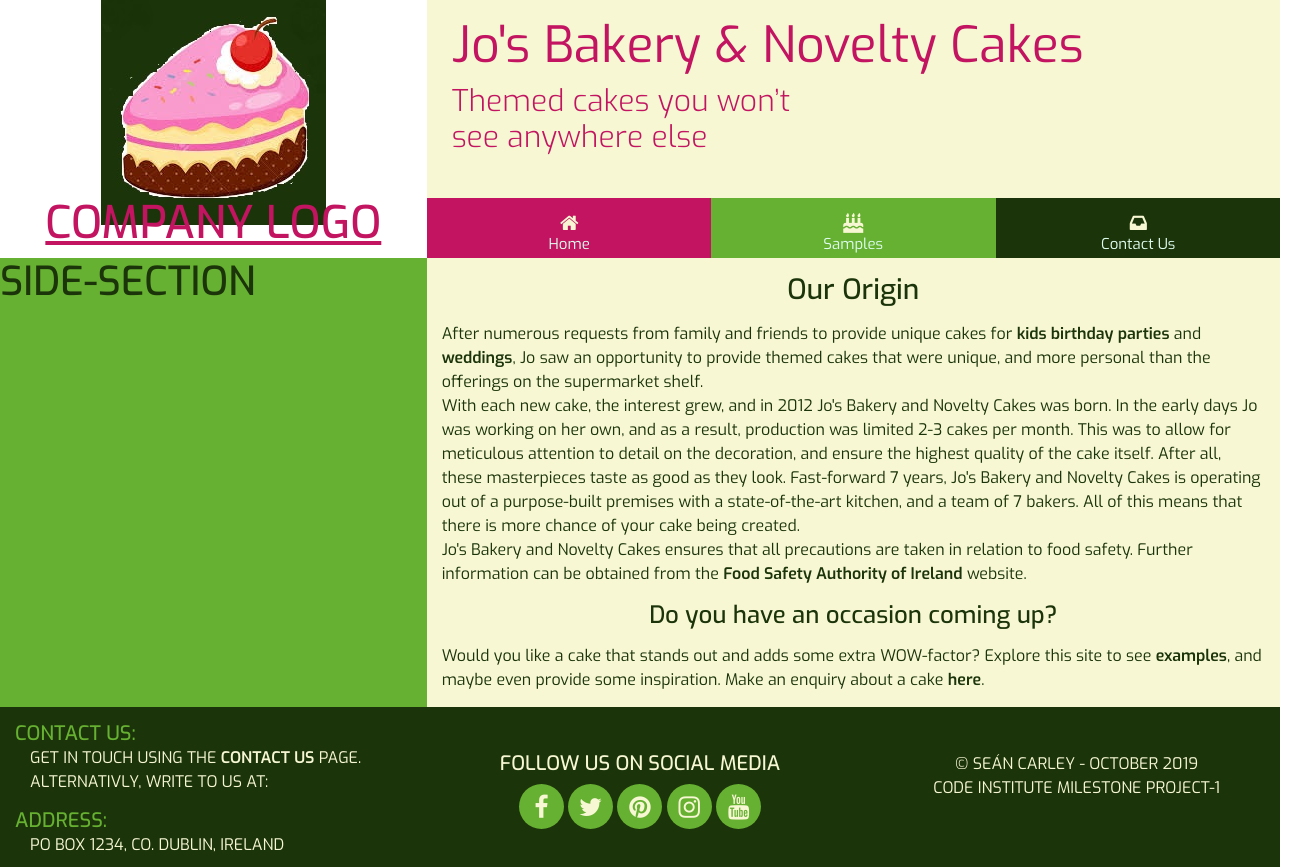
Repository: seanjcarley/Milestone1
Page: index.html
The author's editor kept a record of every edit. The page is drawn from the files as they stood at one moment, then again after the next edit.
The browser window is 1280 px wide. The page is 1295 px wide, so the pictures cover 1295 px, including what lies to the right of the window. The pictures show the whole page.

Above is the page before.

### index.html
<!DOCTYPE html>
<html lang="en">

<head>
    <meta charset="UTF-8">
    <meta name="viewport" content="width=device-width, initial-scale=1.0">
    <meta http-equiv="X-UA-Compatible" content="ie=edge">
    <link rel="stylesheet" href="https://stackpath.bootstrapcdn.com/bootstrap/4.3.1/css/bootstrap.min.css" type="text/css" />
    <link rel="stylesheet" href="https://stackpath.bootstrapcdn.com/font-awesome/4.7.0/css/font-awesome.min.css" type="text/css">
    <link rel="stylesheet" href="https://cdnjs.cloudflare.com/ajax/libs/hover.css/2.3.1/css/hover-min.css" type="text/css">
    <link rel="stylesheet" href="css/style.css">
    <title>Jo's Bakery and Novelty Cakes</title>
</head>

<body>
    <header>
        <div class="row no-gutters">
            <a href="#" class="col-md-4 logo">COMPANY LOGO</a>
            <div class="col-md-8 cake-image">
                <div class="row no-gutters">
                    <div class="col page-header">
                        <h1 class="name caps">Jo's Bakery & Novelty Cakes</h1>
                        <h2 class="tag-line caps">Themed cakes you won’t<br/>see anywhere else</h2>
                    </div>
                </div>
                <div class="row no-gutters">
                    <div class="col">
                        <ul id="nav" class="list-inline menucontainer">
                            <li class="col col-sm-4 menu-item-color-home list-inline-item menuitem">
                                <a class="hvr-sweep-to-right" href="index.html"><i class="fa fa-home" aria-hidden="true"></i><span>Home</span></a>
                            </li>
                            <li class="col col-sm-4 menu-item-color-samples list-inline-item menuitem">
                                <a class="hvr-sweep-to-right" href="showcase.html"><i class="fa fa-birthday-cake" aria-hidden="true"></i><span>Samples</span></a>
                            </li>
                            <li class="col col-sm-4 menu-item-color-contact list-inline-item menuitem">
                                <a class="hvr-sweep-to-right" href="contact.html"><i class="fa fa-inbox" aria-hidden="true"></i><span>Contact Us</span></a>
                            </li>
                        </ul>
                    </div>
                </div>
            </div>
        </div>
    </header>
    <section class="section-color">
        <div class="row no-gutters">
            <div class="col-md-4 side-section desktop">
                <h1>SIDE-SECTION</h1>
            </div>
            <div class="col-md-8 main-section">
                <!--<h1>MAIN-SECTION</h1>-->
                <h3 class="origin">Our Origin</h3>
                <p class="section-txt">
                    After numerous requests from family and friends to provide unique cakes for <a href="#"><span class="bold">kids
                    birthday parties</span></a> and <a href="#"><span class="bold">weddings</span></a>, Jo saw an opportunity to provide themed cakes that were unique, and more personal than the offerings on the supermarket shelf.
                    <br/> With each new cake, the interest grew, and in 2012 Jo's Bakery and Novelty Cakes was born. In the early days Jo was working on her own, and as a result, production was limited 2-3 cakes per month. This was to allow for meticulous
                    attention to detail on the decoration, and ensure the highest quality of the cake itself. After all, these masterpieces taste as good as they look. Fast-forward 7 years, Jo's Bakery and Novelty Cakes is operating out of a purpose-built
                    premises with a state-of-the-art kitchen, and a team of 7 bakers. All of this means that there is more chance of your cake being created.
                    <br/> Jo's Bakery and Novelty Cakes ensures that all precautions are taken in relation to food safety. Further information can be obtained from the
                    <a href="https://www.fsai.ie/" target="_blank"><span class="bold">Food Safety Authority of Ireland</span></a> website.
                </p>
                <h4 class="question">Do you have an occasion coming up?</h4>
                <p class="section-txt">
                    Would you like a cake that stands out and adds some extra WOW-factor? Explore this site to see <a href="#"><span class="bold">examples</span></a>, and maybe even provide some inspiration. Make an enquiry about a cake <a href="contact.html"><span class="bold">here</span></a>.
                </p>
            </div>
            <!--<div class="col-md-3 side-section desktop">
                <h1>SIDE-SECTION</h1>
            </div>-->
        </div>
    </section>
    <footer class="footer-color">
        <div class="row">
            <div class="col-md-4">
                <!--<h1>FOOTER1</h1>-->
                <h5 class="footer-h5 uppercase">Contact us: </h5>
                <p class="footer-text uppercase">Get in touch using the <a href="contact.html"><span class="bold">Contact us</span></a> page. Alternativly, write to us at:</p>
                <h5 class="footer-h5 uppercase">Address: </h5>
                <p class="footer-address uppercase">
                    PO Box 1234,
                    <!--<br/>-->
                    Co. Dublin,
                    <!--<br/>-->
                    Ireland
                </p>
            </div>
            <div class="col-md-4 social">
                <!--<h1>FOOTER2</h1>-->
                <h5 class="uppercase">Follow us on Social Media</h5>
                <ul class="list-inline social-icons">
                    <li class="list-inline-item socialitem">
                        <a target="_blank" href="#">
                            <i class="fa fa-facebook" aria-hidden="true"></i>
                            <span class="sr-only">Facebook</span> <!-- This will be read by a screen reader. It does not show on the page -->
                        </a>
                    </li>
                    <li class="list-inline-item socialitem">
                        <a target="_blank" href="#">
                            <i class="fa fa-twitter" aria-hidden="true"></i>
                            <span class="sr-only">Twitter</span> <!-- This will be read by a screen reader. It does not show on the page -->
                        </a>
                    </li>
                    <!--<li class="list-inline-item socialitem">
                        <a target="_blank" href="#">
                            <i class="fa fa-linkedin" aria-hidden="true"></i>
                            <span class="sr-only">LinkedIn</span>
                        </a>
                    </li>-->
                    <li class="list-inline-item socialitem">
                        <a target="_blank" href="#">
                            <i class="fa fa-pinterest" aria-hidden="true"></i>
                            <span class="sr-only">Pinterest</span> <!-- This will be read by a screen reader. It does not show on the page -->
                        </a>
                    </li>
                    <li class="list-inline-item socialitem">
                        <a target="_blank" href="#">
                            <i class="fa fa-instagram" aria-hidden="true"></i>
                            <span class="sr-only">Instagram</span> <!-- This will be read by a screen reader. It does not show on the page -->
                        </a>
                    </li>
                    <li class="list-inline-item socialitem">
                        <a target="_blank" href="#">
                            <i class="fa fa-youtube" aria-hidden="true"></i>
                            <span class="sr-only">YouTube</span> <!-- This will be read by a screen reader. It does not show on the page -->
                        </a>
                    </li>
                </ul>
            </div>
            <div class="col-md-4 copyrite uppercase">
                <!--<h1>FOOTER3</h1>-->
                &copy; Seán Carley - October 2019
                <br/> Code Institute Milestone Project-1
            </div>
        </div>
    </footer>
</body>

</html>

### css/style.css
@import url('https://fonts.googleapis.com/css?family=Roboto:100,200,300,400,500,600,700|Exo:100,200,300,400,500,600,700');

/*----------------------------------------------------------------------------*/
/* Colours */
/*----------------------------------------------------------------------------*/

.menu-item-color-home {
    background-color: #C21460;
    color: #F7F7D4;
}

.menu-item-color-samples {
    background-color: #66B032;
    color: #F7F7D4;
}

.menu-item-color-contact {
    background-color: #1B3409;
    color: #F7F7D4;
}

.section-color {
    background-color: #F7F7D4;
    color: #1B3409;
}

.side-section {
    background-color: #66B032;
}

.footer-color {
    background-color: #1B3409;
    color: #F7F7D4;
}

/*----------------------------------------------------------------------------*/
/* Body */
/*----------------------------------------------------------------------------*/

body {
    margin: 0;
    font-family: "Exo", sans-serif;
}

/*----------------------------------------------------------------------------*/
/* Header */
/*----------------------------------------------------------------------------*/

header {
    margin: 20;
    background-color: #F7F7D4;
}

/*.cake-image {
    background: url("../images/980x1123Slider_0004_Slider_2_Left.jpg");
    background-size: cover;
}*/

.page-header {
    margin-top: 15px;
    margin-bottom: 35px;
}

.name {
    font-weight: 400;
    font-size: 50px;
    margin-left: 25px;
    color: #C21460;
}

.tag-line {
    font-weight: 300;
    font-size: 30px;
    margin-left: 25px;
    color: #C21460;
    /*color: #66B032;*/
}

.logo {
    background: url("../images/slice.jpg");
    background-position: top;
    background-repeat: no-repeat;
    /*background-size: 75%;*/
    /*background-color: #1B3409;*/
    background-color: #fff;
    text-align: center;
    padding-top: 190px;
    min-height: 240px;
    text-decoration: none;
    font-size: 45px;
    font-weight: 500;
    color: #C21460;
}

.logo:hover {
    color: #C21460;
}

.list-inline-item:not(:last-child) {
    margin-right: 0;
}

.menucontainer {
    font-size: 0;
}

#nav li {
    font-size: 14px;
    padding: 0;
}

#nav {
    margin: 0;
}

.menuitem {
    height: 60px;
    text-align: center;
    padding: 0;
}

.menuitem a {
    width: 100%;
    text-decoration: none;
    color: #defdef;
    height: 100%;
}

.menuitem a i {
    padding-top: 15px;
    display: block;
    color: #F7F7D4;
    font-size: 20px;
}

.menuitem span {
    display: block;
    font-size: 15px;
}

.hvr-sweep-to-bottom:before,
.hvr-sweep-to-top:before,
.hvr-sweep-to-right:before {
    background: rgba(0, 0, 0, 0.2);
    height: 60px;
}

/*----------------------------------------------------------------------------*/
/* Index Section */
/*----------------------------------------------------------------------------*/

section {
    margin: 0;
}

.main-section {
    padding-left: 15px;
}

.origin {
    text-align: center;
    padding-top: 15px;
}

.section-txt {
    margin: 15px;
}

.section-txt a {
    text-decoration: none;
    color: #1B3409;
}

.section-txt a:hover {
    color: #C21460;
}

.question {
    text-align: center;
}

/*----------------------------------------------------------------------------*/
/* Contact Section */
/*----------------------------------------------------------------------------*/

.form-heading {
    font-weight: 500;
    margin-top: 25px;
    /*margin-bottom: ;*/
    text-align: center;
}

.center-form {
    padding-top: 10px;
    margin: 0 auto;
    max-width: 60%;
    text-align: center;
}

button[type="submit"] {
    margin-top: 15px;
    margin-bottom: 20px;
    color: #F7F7D4;
    background-color: #1B3409;
}

button[type="submit"]:hover {
    color: #66B032;
    background-color: #C21460;
    font-weight: 300;
    transition: all 0.35s ease-in-out;
    -moz-transition: all 0.35s ease-in-out;
    -webkit-transition: all 0.35s ease-in-out;
    -o-transition: all 0.35s ease-in-out;
}

#name-field {
    background-color: #66B032;
    color: #F7F7D4;
}

#email-field {
    background-color: #66B032;
    color: #F7F7D4;
}

/* Trying to overe ride the color of the placeholder text on the form
#email-field:after {
    background-color: #66B032;
    color: #66B032;
}*/

#phone-field {
    background-color: #66B032;
    color: #F7F7D4;
}

#desc-field {
    background-color: #66B032;
    color: #F7F7D4;
}

#budget-field {
    background-color: #66B032;
    color: #F7F7D4;
}

/*----------------------------------------------------------------------------*/
/* Footer */
/*----------------------------------------------------------------------------*/

footer {
    margin: 0;
}

.footer-text {
    margin: 0;
    padding-left: 30px;
    padding-top: 0;
}

.footer-text a {
    text-decoration: none;
    color: #F7F7D4;
}

.footer-text a:hover {
    color: #66B032;
}

.footer-h5 {
    color: #66B032;
    margin: 0;
    padding-left: 15px;
    padding-top: 15px;
}

.footer-address {
    margin: 0;
    padding-left: 30px;
    padding-top: 0;
    padding-bottom: 10px;
}

.copyrite {
    text-align: center;
    margin-top: 45px;
    font-size: 100;
}

.social {
    text-align: center;
    margin-top: 45px;
}

/*.social-icons li a {

}*/

.social-icons li a i {
    width: 45px;
    height: 45px;
    padding: 6px 0;
    /*margin-top: 5px;*/
    border-radius: 50%;
    font-size: 25px;
    background-color: #66B032;
    color: #F7F7D4;
    text-align: center;
    line-height: 35px;
    transition: all 0.35s ease-in-out;
    -moz-transition: all 0.35s ease-in-out;
    -webkit-transition: all 0.35s ease-in-out;
    -o-transition: all 0.35s ease-in-out;
}

.social-icons li a i:hover {
    background-color: #C21460;
    color: #66B032;
}

.socialitem span {
    display: block;
    width: 100%;
    font-size: 35px;
}

.bold {
    font-weight: 600;
}

.uppercase {
    text-transform: uppercase;
}

/*----------------------------------------------------------------------------*/
/* Media Queries */
/*----------------------------------------------------------------------------*/

@media (max-width:767px) {
    body {
        min-width: 100%;
        font-family: "Roboto", sans-serif;
    }

    .logo {
        display: none;
    }

    .page-header {
        margin-top: 15px;
        margin-bottom: 10px;
        color: #F7F7D4;
    }

    .desktop {
        display: none;
    }

    .center-form {
        max-width: 85%;
    }
}

After the next edit:
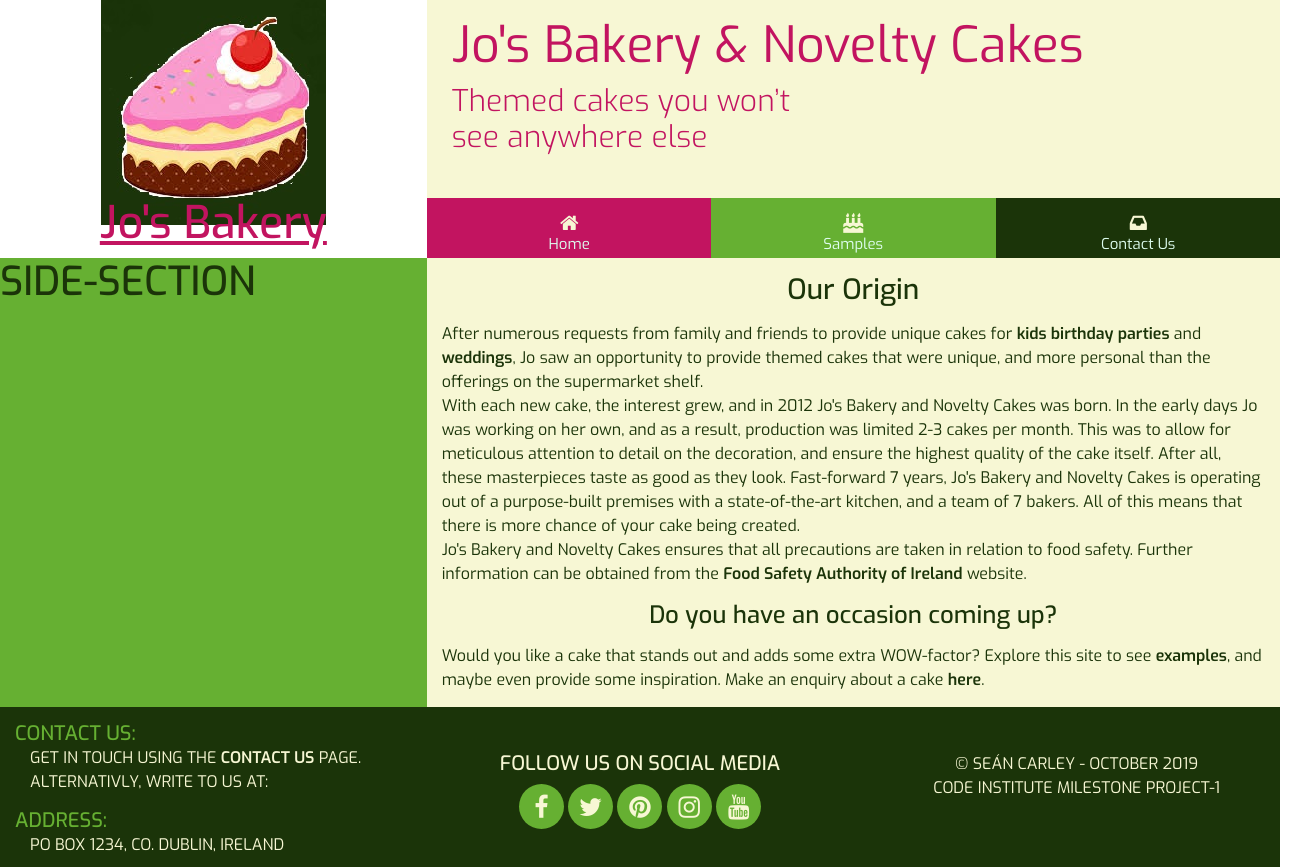
The edit:
--- a/index.html
+++ b/index.html
@@ -15,7 +15,7 @@
 <body>
     <header>
         <div class="row no-gutters">
-            <a href="#" class="col-md-4 logo">COMPANY LOGO</a>
+            <a href="#" class="col-md-4 logo">Jo's Bakery</a>
             <div class="col-md-8 cake-image">
                 <div class="row no-gutters">
                     <div class="col page-header">
